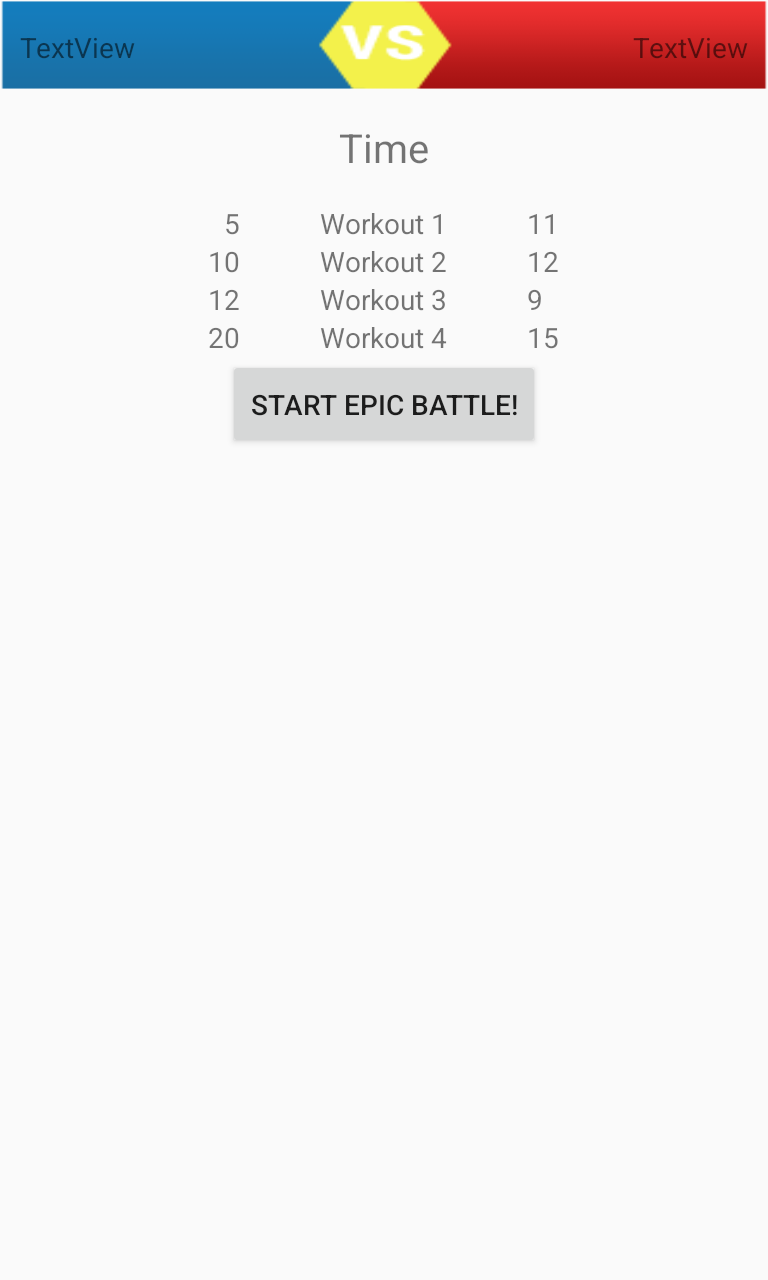
Repository: hackathon-2014/devdroid-repo
Layout: HealthyCompetition/res/layout/battlefield_layout.xml
An editor plug-in stored every save of this project. The layout is shown before and after the next save, followed by the edit.
It is drawn on a 768 x 1280 px phone screen (xhdpi) without system bars, with theme AppTheme; the app's code is not run.

Above is the layout before, as saved 2014-08-23 19:59:38.

After the next save:
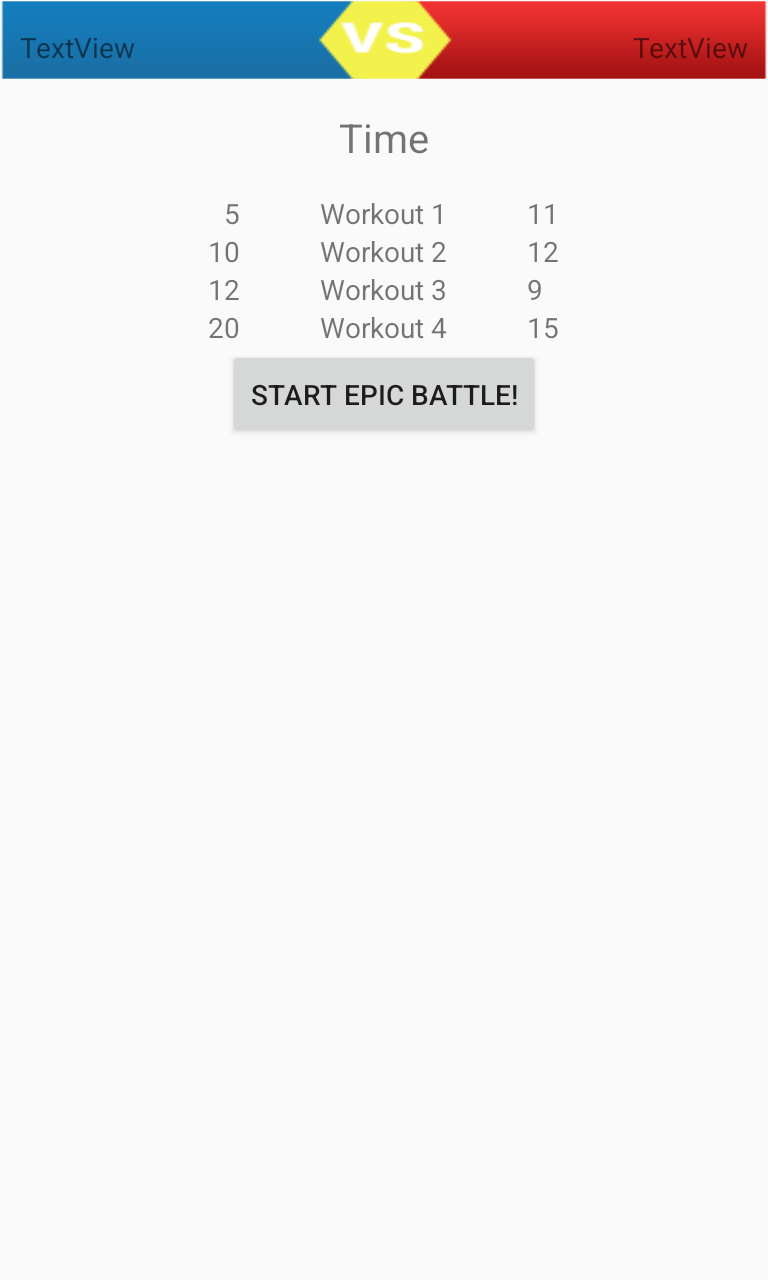
Saved 5 s later.
--- a/HealthyCompetition/res/layout/battlefield_layout.xml
+++ b/HealthyCompetition/res/layout/battlefield_layout.xml
@@ -12,7 +12,7 @@
         <ImageView
             android:id="@+id/versus_image"
             android:layout_width="match_parent"
-            android:layout_height="45dp"
+            android:layout_height="40dp"
             android:background="@drawable/versus_banner_9" />
 
         <TextView
